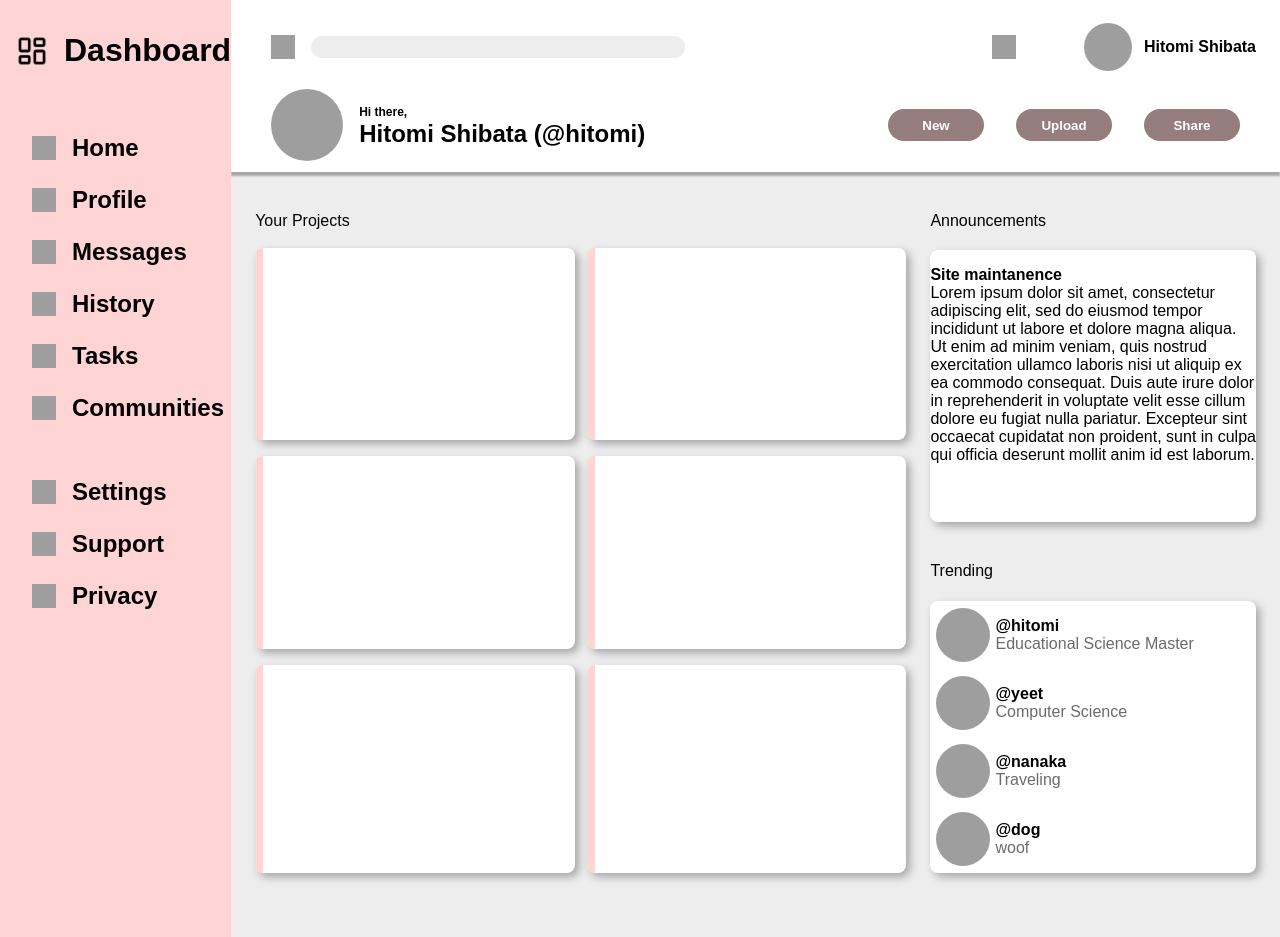
Repository: yeetzpxoci/dashboard
Page: index.html
The author's editor kept a copy of each file at every save. The page is drawn from the files as they stood at one save, then again after the next save.
The browser window is 1280 px wide. The pictures show the whole page.
Pictures or frames that could not be fetched are drawn as grey boxes.

Above is the page before, as saved 2023-02-19 13:51:32.

### index.html
<!DOCTYPE html>
<html lang="en">
<head>
    <meta charset="UTF-8">
    <meta http-equiv="X-UA-Compatible" content="IE=edge">
    <meta name="viewport" content="width=device-width, initial-scale=1.0">
    <link rel="stylesheet" type="text/css" href="styles.css" />
    <title>Dashboard</title>
</head>
<body>
    <div class="sidebar">
        <div class="logo">
            <img src="dashboard-layout.png">
            <p>Dashboard</p>
        </div>

        <div class="icon-container1">
            <div class="icon">
                <img src="https://cdn-icons-png.flaticon.com/512/25/25694.png">
                <p>Home</p>
            </div>

            <div class="icon">
                <img src="https://cdn-icons-png.flaticon.com/512/6522/6522516.png">
                <p>Profile</p>
            </div>

            <div class="icon">
                <img src="https://cdn-icons-png.flaticon.com/512/739/739286.png">
                <p>Messages</p>
            </div>

            <div class="icon">
                <img src="https://cdn-icons-png.flaticon.com/512/32/32223.png">
                <p>History</p>
            </div>

            <div class="icon">
                <img src="https://www.svgrepo.com/show/79174/task-list.svg">
                <p>Tasks</p>
            </div>

            <div class="icon">
                <img src="https://icons.veryicon.com/png/o/business/classic-icon/community-12.png">
                <p>Communities</p>
            </div>
        </div>

        <div class="icon-container2">
            <div class="icon">
                <img src="https://cdn-icons-png.flaticon.com/512/126/126472.png">
                <p>Settings</p>
            </div>

            <div class="icon">
                <img src="https://upload.wikimedia.org/wikipedia/commons/thumb/1/17/FAQ_icon_%28Noun_like%29.svg/1255px-FAQ_icon_%28Noun_like%29.svg.png">
                <p>Support</p>
            </div>

            <div class="icon">
                <img src="https://cdn-icons-png.flaticon.com/512/4104/4104794.png">
                <p>Privacy</p>
            </div>
        </div>
    </div>

    <div class="header">
        <div class="search">
            <img src="https://cdn-icons-png.flaticon.com/512/3917/3917754.png">
            <input class="search-bar">
        </div>

        <img class="notification_icon" src="https://cdn-icons-png.flaticon.com/512/565/565422.png">

        <div class="profile-pic">
        </div>

        <p>Hitomi Shibata</p>

        <div class="user-info">
            <div class="profile-pic">
            </div>
            <p id="losinfo">
                <span style="font-size:12px;">Hi there,</span>
                <br>
                <span style="font-size:24px;">Hitomi Shibata (@hitomi)</span>
            </p>
        </div>
        <button>New</button>
        <button>Upload</button>
        <button>Share</button>
    </div>
    <div class="main-content">
        <div class="projects">
            <p>Your Projects</p>
            <p></p>

            <div class="project">
                <div class="line">
                </div>
            </div>

            <div class="project">
                <div class="line">
                </div>
            </div>

            <div class="project">
                <div class="line">
                </div>
            </div>

            <div class="project">
                <div class="line">
                </div>
            </div>

            <div class="project">
                <div class="line">
                </div>
            </div>

            <div class="project">
                <div class="line">
                </div>
            </div>
        </div>
        <div class="announcements-container">
            <p>Announcements</p>
            <div class="announcements">
                <p class="announcement">
                    <span style="font-weight: bold;">Site maintanence</span> <br>
                    <span style="height: 1px; overflow: hidden;">Lorem ipsum dolor sit amet, consectetur adipiscing elit, sed do eiusmod tempor incididunt ut labore et dolore magna
                    aliqua. Ut enim ad minim veniam, quis nostrud exercitation ullamco laboris nisi ut aliquip ex ea commodo consequat. Duis
                    aute irure dolor in reprehenderit in voluptate velit esse cillum dolore eu fugiat nulla pariatur. Excepteur sint
                    occaecat cupidatat non proident, sunt in culpa qui officia deserunt mollit anim id est laborum.</span>
                </p>
            </div>
        </div>
        <div class="trending-container">
            <p>Trending</p>
            <div class="trending">
                <div class="trend">
                    <div class="profile-pic">
                    </div>
                    <p>
                    <span class="tag">@hitomi</span> <br>
                    <span class="occupation">Educational Science Master</span>
                    </p>
                </div>
                <div class="trend">
                    <div class="profile-pic">
                    </div>
                    <p>
                        <span class="tag">@yeet</span> <br>
                        <span class="occupation">Computer Science</span>
                    </p>
                </div>
                <div class="trend">
                    <div class="profile-pic">
                    </div>
                    <p>
                        <span class="tag">@nanaka</span> <br>
                        <span class="occupation">Traveling</span>
                    </p>
                </div>
                <div class="trend">
                    <div class="profile-pic">
                    </div>
                    <p>
                        <span class="tag">@dog</span> <br>
                        <span class="occupation">woof</span>
                    </p>
                </div>
            </div>
        </div>
    </div>
</body>
</html>

### styles.css
html,
body {
    margin: 0;
    padding: 0;
    height: 100%;
}

body {
    min-height: 100vh;
    display: grid;
    grid-template-columns: 1fr 5fr;
    grid-template-rows: 1fr 4fr;
    font-family: Arial, Helvetica, sans-serif;
}

.sidebar {
    background-color: #FFD4D4;
    grid-column: 1 / 2;
    grid-row: 1 / 3;
    display: grid;
    grid-template-rows: 0.75fr 2fr 1fr 2fr;
    padding-left: 16px;
    gap: 32px;
    z-index: 2;
}

.icon-container1 {
    display: flex;
    flex-direction: column;
}

.icon-container2 {
    display: flex;
    flex-direction: column;
}

.logo, .icon {
    display: flex;
    align-items: center;
    font-weight: bold;
    gap: 16px;
}

.logo {
    font-size: 32px;
    align-self: baseline;
}

.icon {
    margin-top: -24px;
    font-size: 24px;
    margin-left: 16px;
}

.logo img {
    width: 32px;
    height: 32px;
}

.icon img {
    width: 24px;
    height: 24px;
}


.header {
    background-color: white;
    grid-column: 2 / 3;
    grid-row: 1 / 2;
    display: grid;
    grid-template-columns: 13fr 1fr 1fr 2fr;
    grid-template-rows: 1fr 1fr;
    padding-right: 24px;
    box-shadow: 0px 4px 2px rgb(0, 0, 0, 0.3);
    z-index: 1;
    padding: 8px;
}

.search {
    display: flex;
    justify-content: flex-start;
    align-items: center;
    gap: 16px;
    margin-left: 32px;
}

.search img{
    width: 24px;
    height: 24px;
}

.search input {
    width: 60%;
    border-radius: 12px;
    border-width: 0px;
    background-color: #eeeded;
    height: 25%;
}

.notification_icon {
    width: 24px;
    height: 24px;
    align-self: center;
    justify-self: end;
}

.profile-pic {
    border-radius: 50%;
    background-image: url("https://i.pinimg.com/originals/49/c0/e8/49c0e871fbe0be71396aa94fe1d93ddc.jpg");
    background-position: center;
    background-size: cover;
    background-repeat: no-repeat;
    overflow: hidden;
}

.header > .profile-pic {
    width: 48px;
    height: 48px;
    align-self: center;
    justify-self: end;
    margin-right: 12px;
}

.user-info {
    display: flex;
    gap: 16px;
}

.user-info > .profile-pic {
    width: 72px;
    height: 72px;
    margin-left: 32px;
    align-self: center;
}

.header p {
    align-self: center;
    font-weight: bolder;
    justify-self: baseline;
}

button {
    height: 40%;
    width: 96px;
    align-self: center;
    justify-self: baseline;
    background-color: #977e7e;
    border-radius: 24px;
    border-width: 0px;
    color: white;
    margin-right: 32px;
    font-weight: bold;
}

.main-content {
    background-color: #eeeded;
    grid-column: 2 / 3;
    grid-row: 2 / 3;
    padding-left: 24px;
    padding-right: 24px;
    padding-top: 24px;
    padding-bottom: 64px;
    display: grid;
    grid-template-columns: 2fr 1fr;
    grid-template-rows: 1fr 1fr     ;
    gap: 24px;
}

.projects {
    width: 100%;
    display: grid;
    grid-template-columns: repeat(2, 1fr);
    grid-template-rows: 1fr 4fr 4fr 4fr;
    grid-gap: 0px 12px;
    grid-column: 1 / 2;
    grid-row: 1 / 3;
}

.project {
    background-color: white;
    border-radius: 8px;
    box-shadow: 4px 4px 8px rgb(0, 0, 0, 0.3);
    overflow: hidden;
}

.project:nth-child(3), .project:nth-child(4), .project:nth-child(5), .project:nth-child(6) {
    margin-bottom: 16px;
}

.line {
    background-color: #FFD4D4;
    width: 2.5%;
    height: 100%;
}


.announcements-container {
    width: 100%;
    height: 100%;
    display: grid;
    grid-template-rows: 1fr 5fr;
    grid-row: 1 / 2;
}

.announcements {
    width: 100%;
    height: 100%;
    background-color: white;
    border-radius: 8px;
    box-shadow: 4px 4px 8px rgb(0, 0, 0, 0.3);
    display: grid;
    grid-template-rows: 3px 1fr 3fr 1fr 3fr;
}

.announcement {

}

.trending-container {
    width: 100%;
    height: 100%;
    display: grid;
    grid-row: 2 / 3;
    grid-template-rows: 1fr 5fr;
}

.trending {
    width: 100%;
    height: 100%;
    display: grid;
    grid-template-rows: 1fr 1fr 1fr;
    background-color: white;
    border-radius: 8px;
    box-shadow: 4px 4px 8px rgb(0, 0, 0, 0.3);
    grid-template-rows: 1fr 1fr 1fr 1fr;
}

.trend {
    display: grid;
    grid-template-columns: 1fr 4fr;
    align-items: center;
}

.trend>.profile-pic {
    width: 54px;
    height: 54px;
    justify-self: center;
}

.trend:nth-child(2) > .profile-pic {
    background-image: url("https://i.pinimg.com/736x/4f/7e/f5/4f7ef5f81ca49f259e9cbfd3852907ef.jpg");
}

.trend:nth-child(3)>.profile-pic {
    background-image: url("https://c4.wallpaperflare.com/wallpaper/531/1007/739/dogs-funny-puppies-shiba-inu-1067x853-animals-dogs-hd-art-wallpaper-preview.jpg");
}

.trend:nth-child(4)>.profile-pic {
    background-image: url("https://preview.redd.it/dmpz8m79juy61.jpg?auto=webp&s=dfe23515a2344903a0aaa0ddb53cea3ec666cb84");
}

.tag {
    font-weight: bolder;
}

.occupation {
    color: #6b6b6b;
}

After the next save:
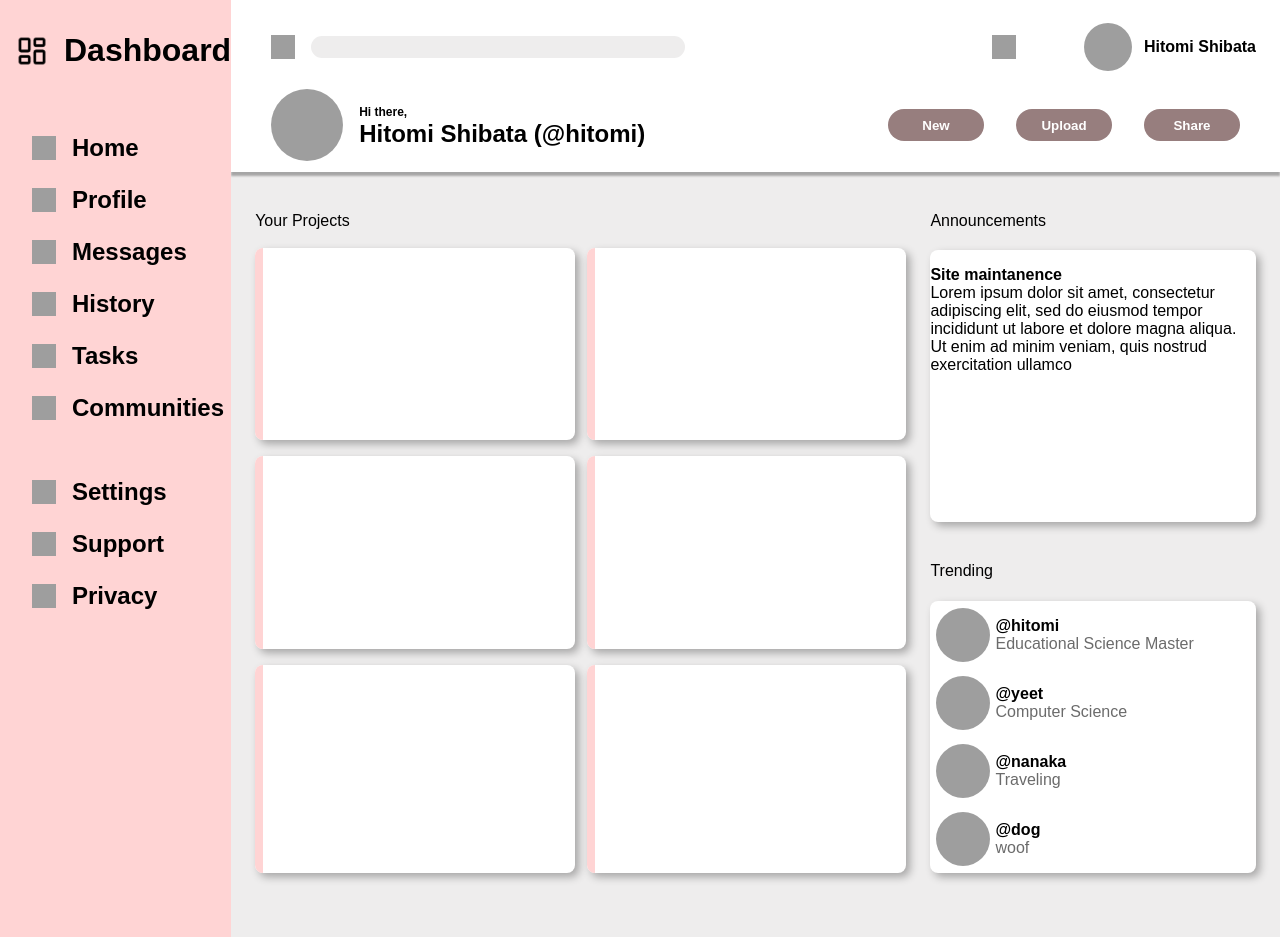
Saved 18 s later.
--- a/index.html
+++ b/index.html
@@ -130,10 +130,8 @@
             <div class="announcements">
                 <p class="announcement">
                     <span style="font-weight: bold;">Site maintanence</span> <br>
-                    <span style="height: 1px; overflow: hidden;">Lorem ipsum dolor sit amet, consectetur adipiscing elit, sed do eiusmod tempor incididunt ut labore et dolore magna
-                    aliqua. Ut enim ad minim veniam, quis nostrud exercitation ullamco laboris nisi ut aliquip ex ea commodo consequat. Duis
-                    aute irure dolor in reprehenderit in voluptate velit esse cillum dolore eu fugiat nulla pariatur. Excepteur sint
-                    occaecat cupidatat non proident, sunt in culpa qui officia deserunt mollit anim id est laborum.</span>
+                    <span>Lorem ipsum dolor sit amet, consectetur adipiscing elit, sed do eiusmod tempor incididunt ut labore et dolore magna
+                    aliqua. Ut enim ad minim veniam, quis nostrud exercitation ullamco </span>
                 </p>
             </div>
         </div>

After the save that followed:
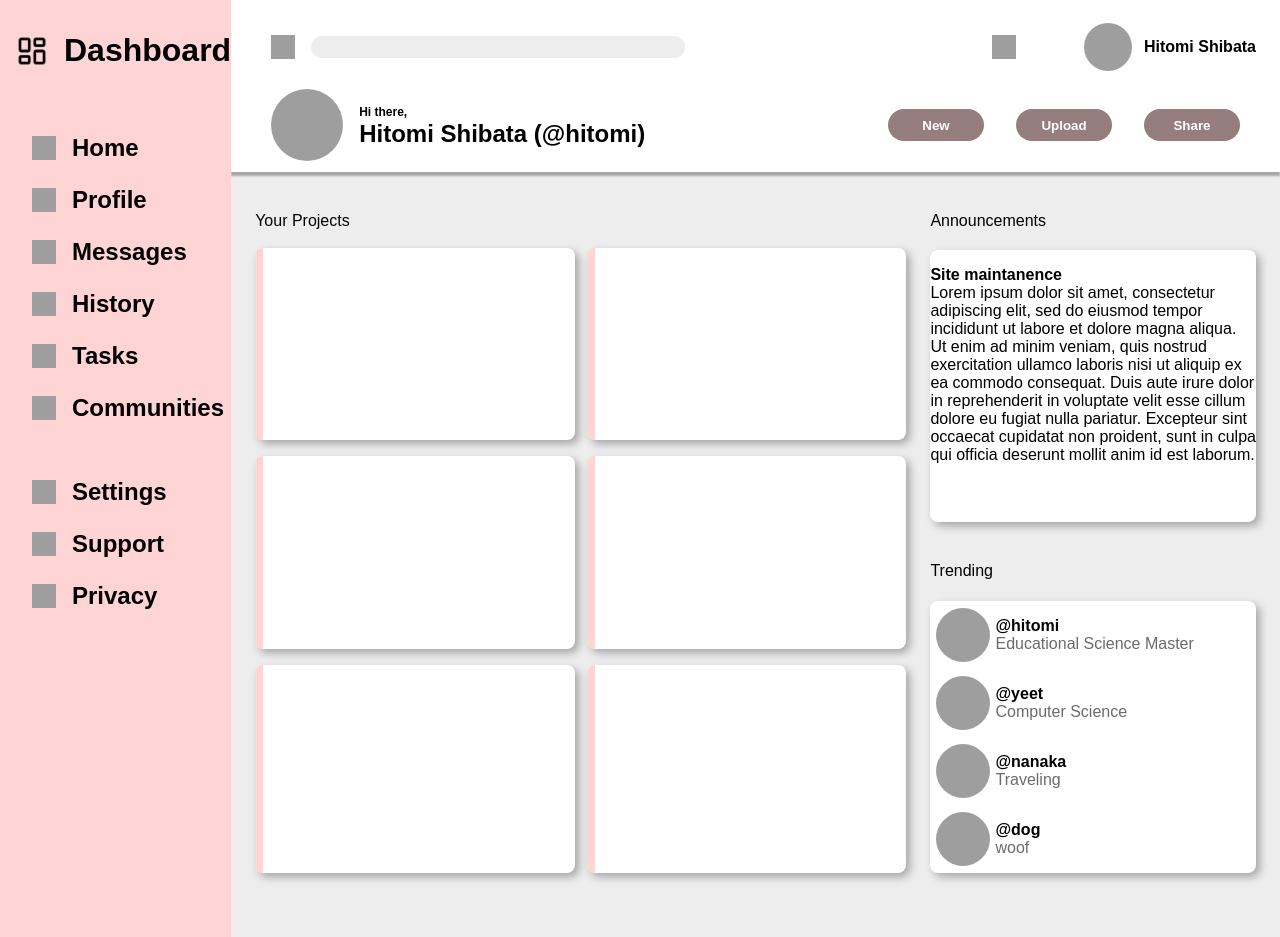
Saved 12 s later.
--- a/index.html
+++ b/index.html
@@ -131,7 +131,9 @@
                 <p class="announcement">
                     <span style="font-weight: bold;">Site maintanence</span> <br>
                     <span>Lorem ipsum dolor sit amet, consectetur adipiscing elit, sed do eiusmod tempor incididunt ut labore et dolore magna
-                    aliqua. Ut enim ad minim veniam, quis nostrud exercitation ullamco </span>
+                    aliqua. Ut enim ad minim veniam, quis nostrud exercitation ullamco laboris nisi ut aliquip ex ea commodo consequat. Duis
+                    aute irure dolor in reprehenderit in voluptate velit esse cillum dolore eu fugiat nulla pariatur. Excepteur sint
+                    occaecat cupidatat non proident, sunt in culpa qui officia deserunt mollit anim id est laborum.</span>
                 </p>
             </div>
         </div>
